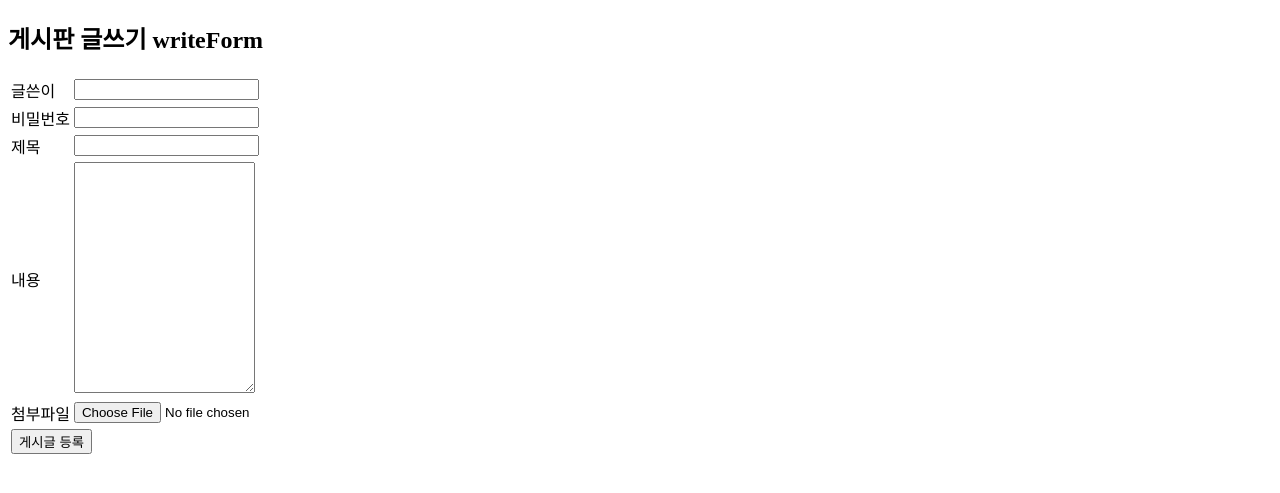
Repository: dongcmd/dong_jsp
Page: http://localhost/model2Study/view/board/writeForm.jsp
The author's editor kept a copy of each file at every save. The page is drawn from the files as they stood at one save, then again after the next save.
The browser window is 1280 px wide. The pictures show the whole page.
The page is served by Tomcat 9.

Above is the page before, as saved 2025-04-17 00:41:07.

After the next save:
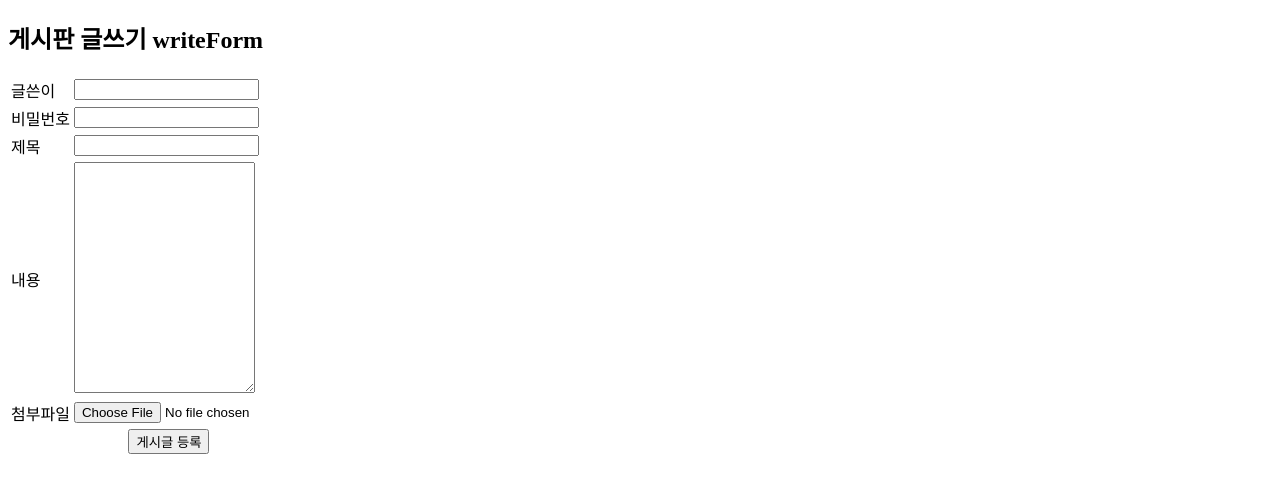
Saved 56 s later.
--- a/model2Study/src/main/webapp/view/board/writeForm.jsp
+++ b/model2Study/src/main/webapp/view/board/writeForm.jsp
@@ -21,7 +21,7 @@
 					<td><textarea rows="15" name="content" class="form-control" id="content"></textarea>
 			<tr><td>첨부파일</td>
 					<td><input type="file" name="file1"></td></tr>
-			<tr><td colspan="2"><button>게시글 등록</button></td>
+			<tr><td colspan="2" align="center"><button>게시글 등록</button></td>
 		</table>
 	</form>
 </body>
